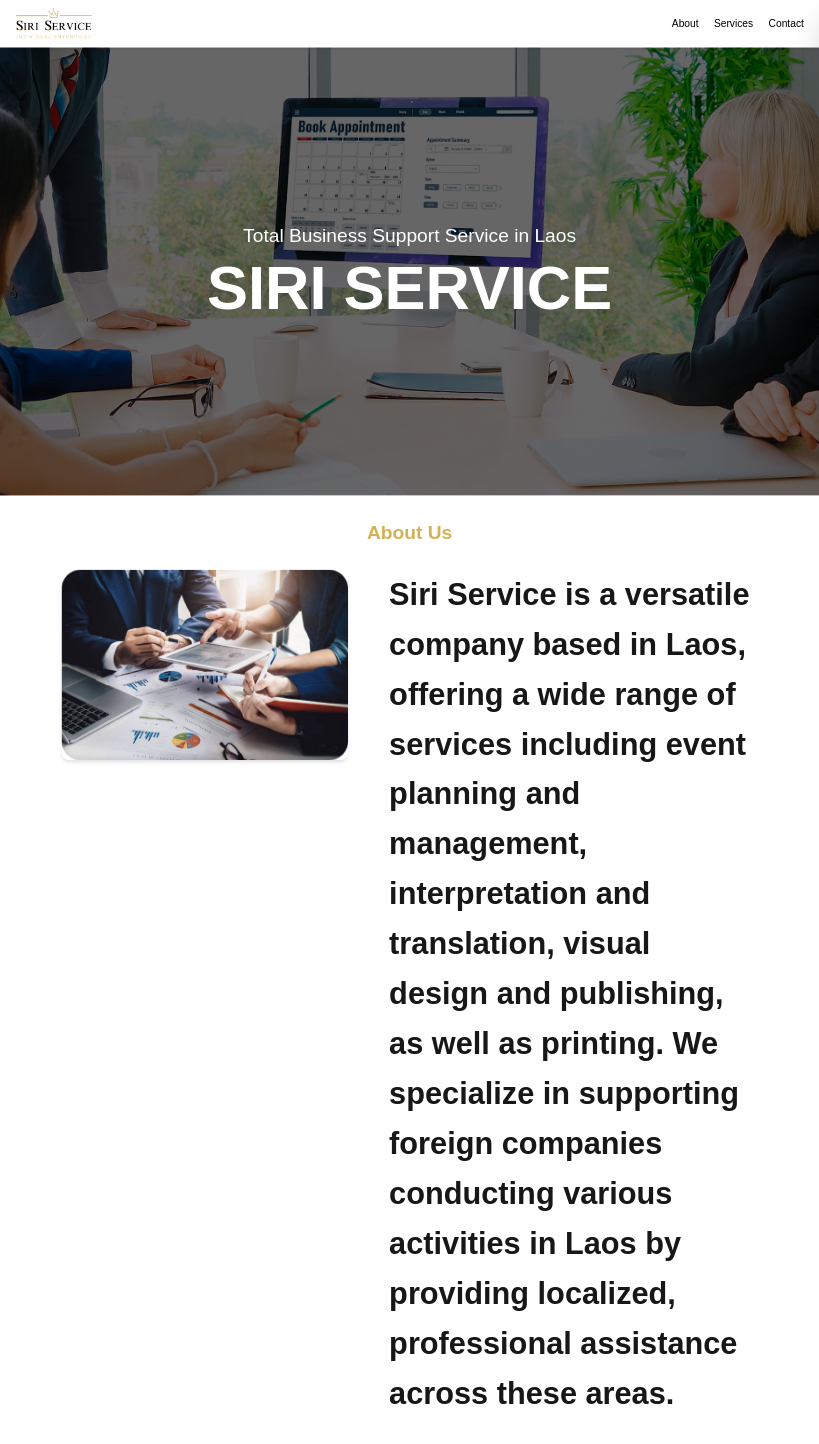
Repository: Phailin-teamplate/siri-service-web
Page: /
The author's editor kept a copy of each file at every save. The page is drawn from the files as they stood at one save, then again after the next save.
The browser window is 1280 px wide. The pictures show the whole page, at 64% of full size.
The project was rebuilt for these pictures with package versions that can differ from the ones it lists, and the page was loaded fresh each time. The framework's server and built-in components were replaced by stand-ins that run in the browser. Also part of the build but not shown: next.config.ts.

Above is the page before, as saved 2025-07-02 14:22:56.

After the next save:
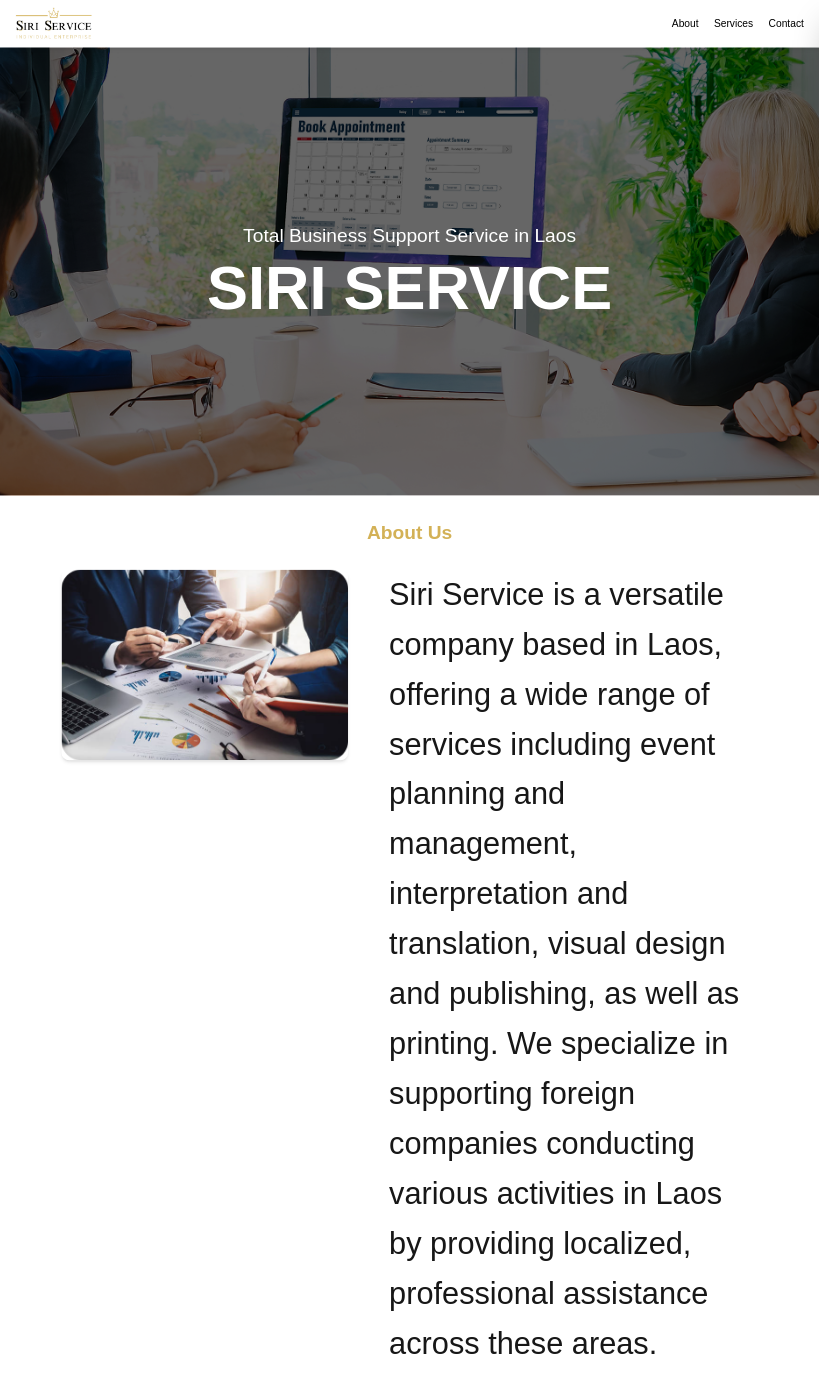
Saved 32 s later.
--- a/src/components/About.tsx
+++ b/src/components/About.tsx
@@ -36,7 +36,7 @@
         {/* Text */}
         <div className="w-full max-w-xl text-center md:text-left">
 
-          <p className="text-3xl md:text-5xl font-extrabold leading-relaxed">
+          <p className="text-3xl md:text-5xl font-medium leading-relaxed">
             Siri Service is a versatile company based in Laos, offering a wide range of
             services including event planning and management, interpretation and
             translation, visual design and publishing, as well as printing. We specialize
